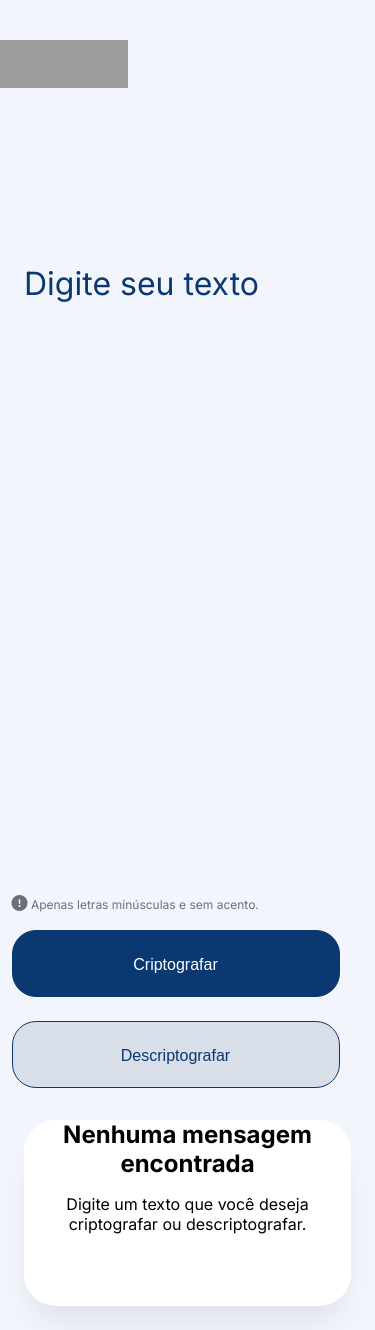
Repository: CarlosEduardoVdeOliveira/descodificador-de-texto
Page: index.html
These files come from the project's save history. The page is drawn as it stood at one moment and after the next save; the edit follows.
The browser window is 375 px wide. The pictures show the whole page.
Pictures or frames that could not be fetched are drawn as grey boxes.

Above is the page before, as saved 2023-04-13 08:49:31.

After the next save:
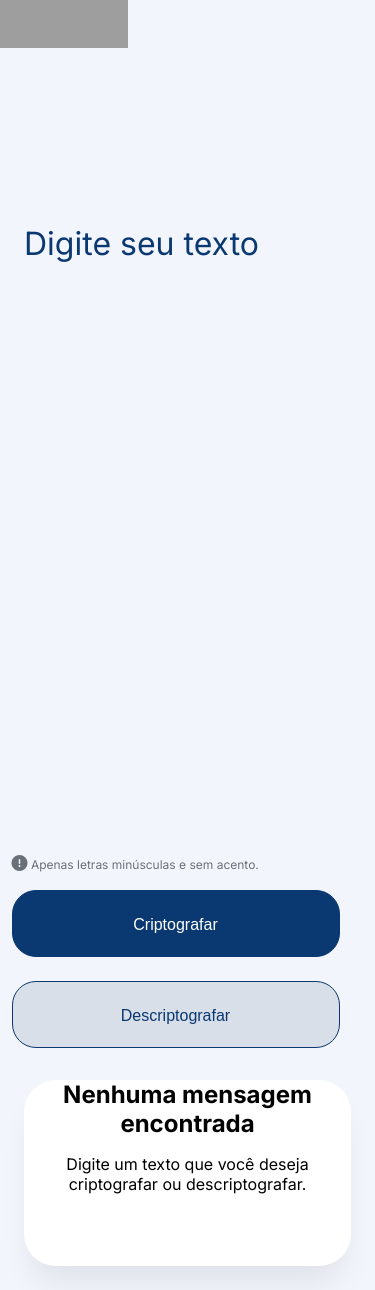
Saved 25 s later.
--- a/public/styles/mobile.css
+++ b/public/styles/mobile.css
@@ -1,4 +1,7 @@
 @media (max-width: 375px) {
+   img{
+      margin: 0 auto;
+   }
    .info{
       margin: 0 auto;
    }
